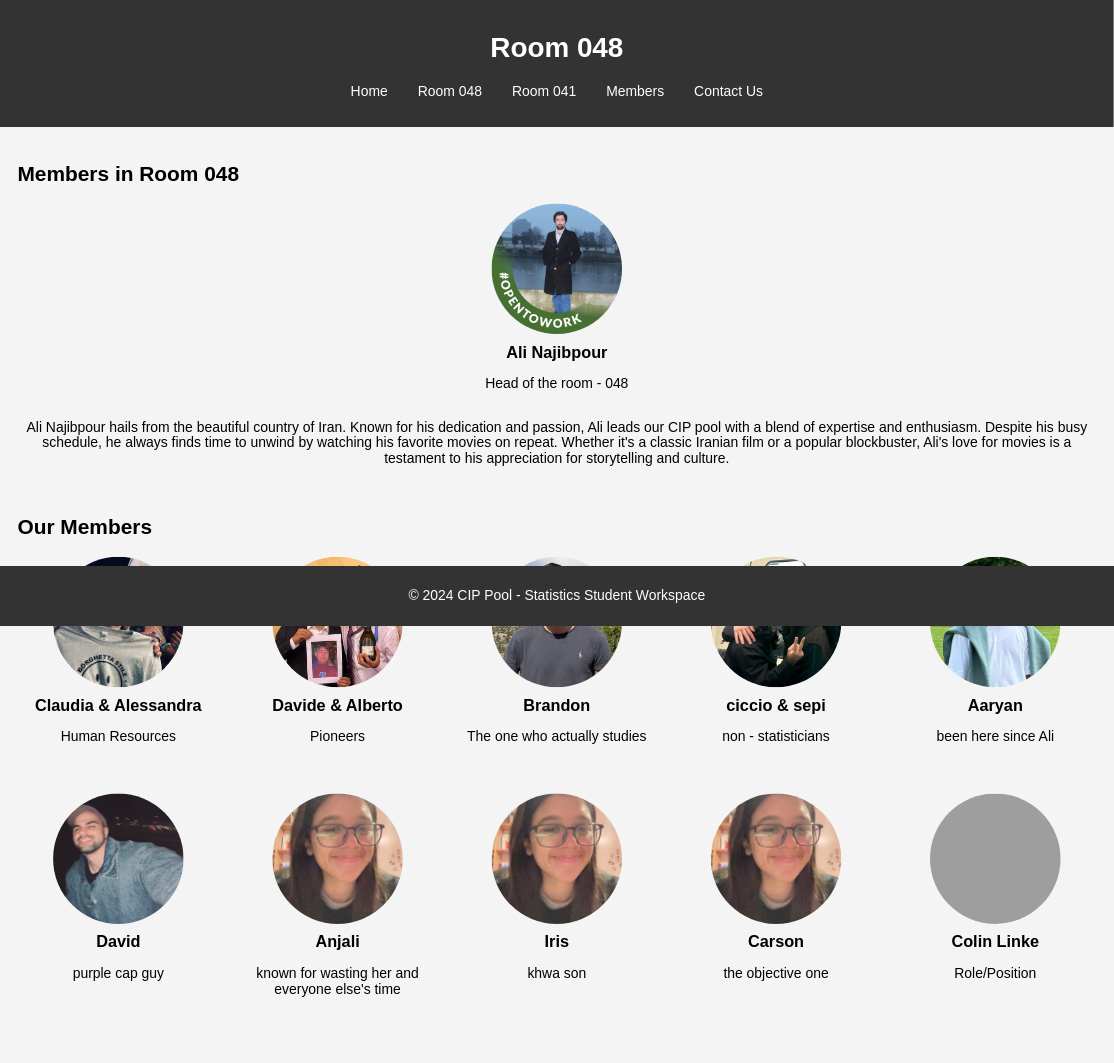
Repository: anjalisarawgi/cip_website
Page: room_048.html
The author's editor kept a copy of each file at every save. The page is drawn from the files as they stood at one save, then again after the next save.
The browser window is 1280 px wide. The pictures show the whole page, at 87% of full size.
Pictures or frames that could not be fetched are drawn as grey boxes.

Above is the page before, as saved 2024-06-14 14:12:40.

### room_048.html
<!DOCTYPE html>
<html lang="en">
<head>
    <meta charset="UTF-8">
    <meta name="viewport" content="width=device-width, initial-scale=1.0">
    <title>Room 048 - CIP Pool</title>
    <link rel="stylesheet" href="styles.css">
</head>
<body>
    <header>
        <h1>Room 048</h1>
        <nav>
            <ul>
                <li><a href="index.html">Home</a></li>
                <li><a href="room_048.html">Room 048</a></li>
                <li><a href="room_041.html">Room 041</a></li>
                <li><a href="members.html">Members</a></li>
                <li><a href="contact.html">Contact Us</a></li>
            </ul>
        </nav>
    </header>
    <main>
        <section>
            <h2>Members in Room 048</h2>
            <div class="members-grid">
                <div class="member">
                    <img src="images/ali.jpeg" alt="Ali Najibpour" class="member-photo">
                    <div class="member-info">
                        <h3>Ali Najibpour</h3>
                        <p>Head of the room - 048</p>
                        <p>Ali Najibpour hails from the beautiful country of Iran. Known for his dedication and passion, Ali leads our CIP pool with a blend of expertise and enthusiasm. Despite his busy schedule, he always finds time to unwind by watching his favorite movies on repeat. Whether it's a classic Iranian film or a popular blockbuster, Ali's love for movies is a testament to his appreciation for storytelling and culture.</p>
                    </div>
                </div>
            </div>
        </section>
        <section>
            <h2>Our Members</h2>
            <div class="members-grid">
                <div class="member">
                    <img src="images/claudia_alessandra.jpeg" alt="Claudia & Alessandra" class="member-photo">
                    <div class="member-info">
                        <h3>Claudia & Alessandra</h3>
                        <p>Human Resources</p>
                    </div>
                </div>
                <div class="member">
                    <img src="images/davide_alberto.jpeg" alt="Davide & Alberto" class="member-photo">
                    <div class="member-info">
                        <h3>Davide & Alberto</h3>
                        <p>Pioneers</p>
                    </div>
                </div>
                <div class="member">
                    <img src="images/brandon.jpeg" alt="Brandon" class="member-photo">
                    <div class="member-info">
                        <h3>Brandon</h3>
                        <p>The one who actually studies</p>
                    </div>
                </div>
                <div class="member">
                    <img src="images/francesco_giuseppe.jpeg" alt="Francesco & Giuseppe" class="member-photo">
                    <div class="member-info">
                        <h3>ciccio & sepi</h3>
                        <!-- <p><em>ciccio & sepi</em></p> -->
                        <p>non - statisticians </p>
                    </div>
                </div>
                <div class="member">
                    <img src="images/aaryan.jpg" alt="aaryan" class="member-photo">
                    <div class="member-info">
                        <h3>Aaryan</h3>
                        <p>been here since Ali</p>
                    </div>
                </div>
                <div class="member">
                    <img src="images/david.jpg" alt="david" class="member-photo">
                    <div class="member-info">
                        <h3>David</h3>
                        <p>purple cap guy</p>
                    </div>
                </div>
                <div class="member">
                    <img src="images/anjali.jpeg" alt="anjali" class="member-photo">
                    <div class="member-info">
                        <h3>Anjali</h3>
                        <p>known for wasting her and everyone else's time</p>
                    </div>
                </div>
                <div class="member">
                    <img src="images/anjali.jpeg" alt="anjali" class="member-photo">
                    <div class="member-info">
                        <h3>Iris</h3>
                        <p>khwa son</p>
                    </div>
                </div>
                <div class="member">
                    <img src="images/anjali.jpeg" alt="anjali" class="member-photo">
                    <div class="member-info">
                        <h3>Carson</h3>
                        <p>the objective one</p>
                    </div>
                </div>
                <div class="member">
                    <img src="images/member5.jpeg" alt="Member 5" class="member-photo">
                    <div class="member-info">
                        <h3>Colin Linke</h3>
                        <p>Role/Position</p>
                    </div>
                </div>
            </div>
        </section>
    </main>
    <footer>
        <p>&copy; 2024 CIP Pool - Statistics Student Workspace</p>
    </footer>
</body>
</html>

### styles.css
body {
    font-family: Arial, sans-serif;
    margin: 0;
    padding: 0;
    background-color: #f4f4f4;
}

header {
    background-color: #333;
    color: white;
    padding: 1em 0;
    text-align: center;
}

nav ul {
    list-style-type: none;
    padding: 0;
}

nav ul li {
    display: inline;
    margin: 0 15px;
}

nav ul li a {
    color: white;
    text-decoration: none;
}

main {
    padding: 20px;
}

footer {
    background-color: #333;
    color: white;
    text-align: center;
    padding: 10px 0;
    position: fixed;
    bottom: 0;
    width: 100%;
}

section {
    margin-bottom: 20px;
}

.member {
    display: flex;
    align-items: center;
    margin-bottom: 20px;
}

.member-photo {
    border-radius: 50%;
    width: 150px;
    height: 150px;
    object-fit: cover;
    margin-bottom: 10px;
}


.member-info {
    display: flex;
    flex-direction: column;
}

.member-info h3 {
    margin: 0;
}

.members-grid {
    display: grid;
    grid-template-columns: repeat(auto-fit, minmax(200px, 1fr));
    gap: 20px;
}

.members-grid .member {
    flex-direction: column;
    align-items: center;
    text-align: center;
}

.members-grid .member-photo {
    width: 150px;
    height: 150px;
    margin-bottom: 10px;
}

.members-grid .member-info {
    align-items: center;
}

After the next save:
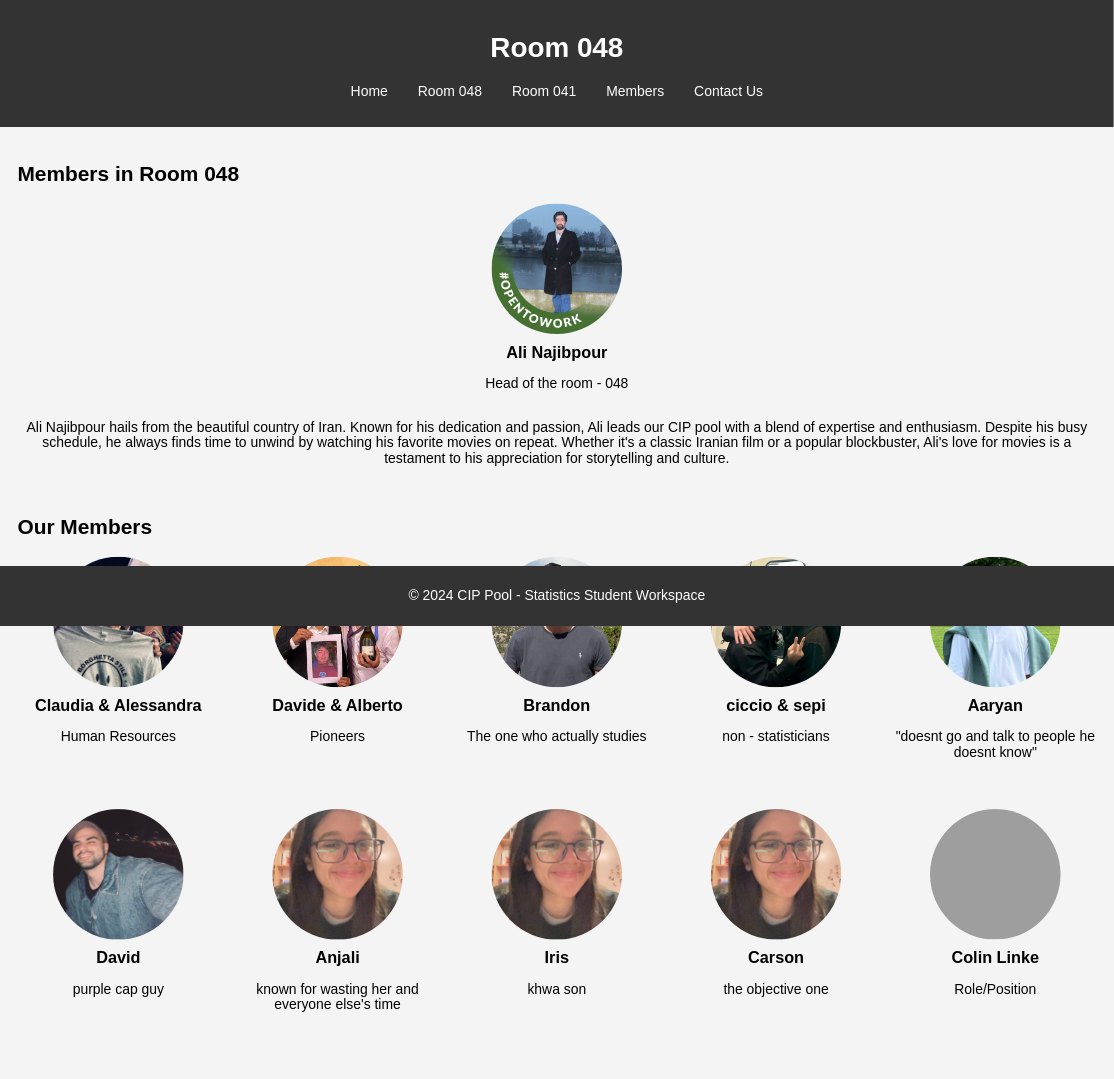
Saved 96 s later.
--- a/room_048.html
+++ b/room_048.html
@@ -69,7 +69,7 @@
                     <img src="images/aaryan.jpg" alt="aaryan" class="member-photo">
                     <div class="member-info">
                         <h3>Aaryan</h3>
-                        <p>been here since Ali</p>
+                        <p>"doesnt go and talk to people he doesnt know"</p>
                     </div>
                 </div>
                 <div class="member">
